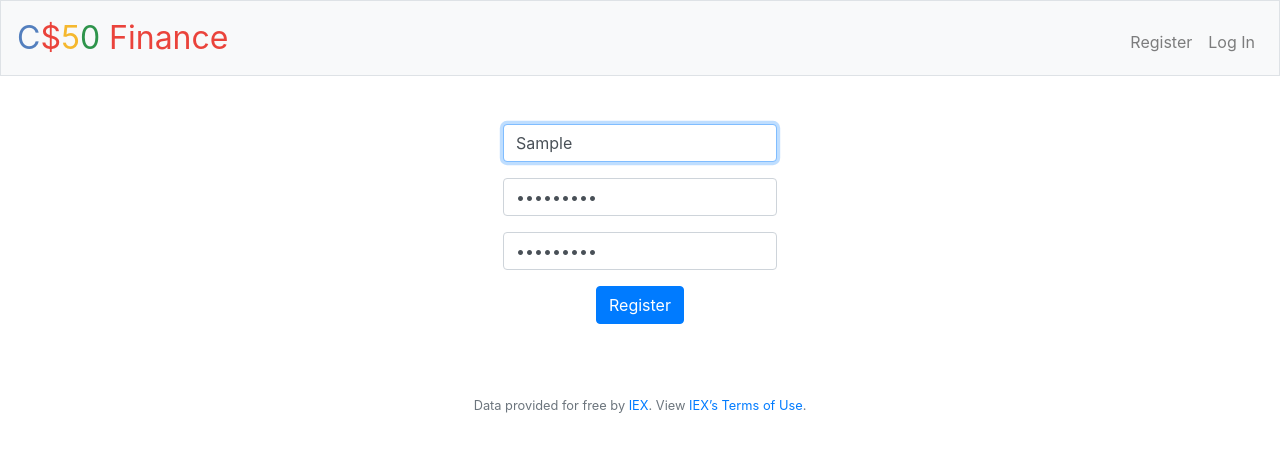
Repository: tavrora/cs50_ide
Page: pset8/finance/templates/register.html
The author's editor kept a record of every edit. The page is drawn from the files as they stood at one moment, then again after the next edit.
The browser window is 1280 px wide. The pictures show the whole page.
Empty fields were first filled with sample values (such as "Sample", 5 or name@example.com).
After loading, the first visible `#password` was changed once.
The template is drawn by Flask 3. The application's start-up code is not run. The template is opened directly, without the code that normally fills it, so the values that code supplies are empty.

Above is the page before.

After the next edit:
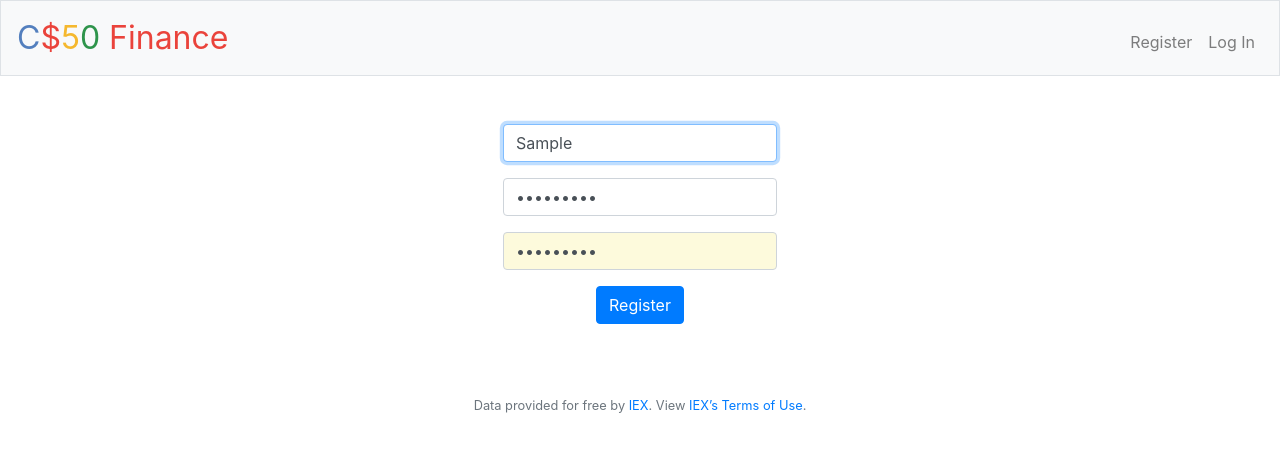
The edit:
--- a/pset8/finance/templates/register.html
+++ b/pset8/finance/templates/register.html
@@ -45,7 +45,7 @@
             else {
                 $(".password_2 div:nth-child(3)")
                     .empty();
-                $("input[name='client-password_2']")
+                $("input[name='confirmation']")
                     .css("background", "#fdfadc");
             }
         });
